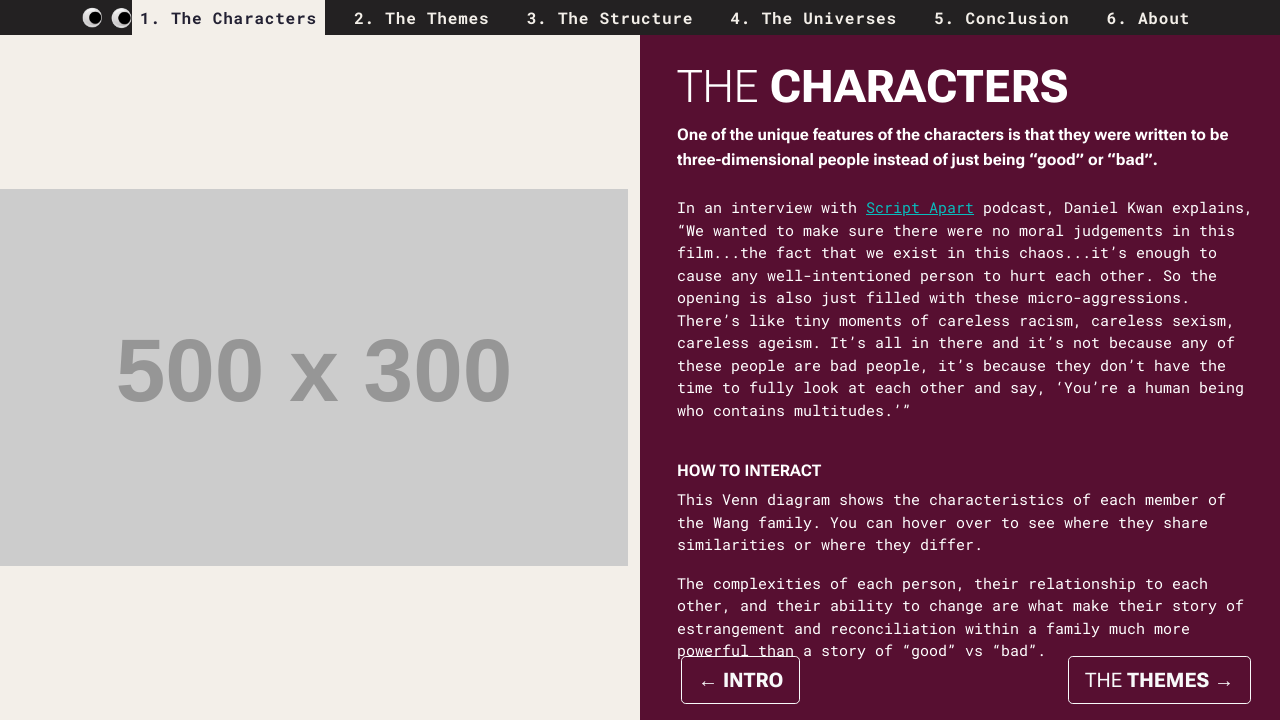
Repository: angelica-hom/msdv-thesis
Page: characters.html
The author's editor kept a record of every edit. The page is drawn from the files as they stood at one moment, then again after the next edit.
The browser window is 1280 px wide. The pictures show the whole page.

Above is the page before.

After the next edit:
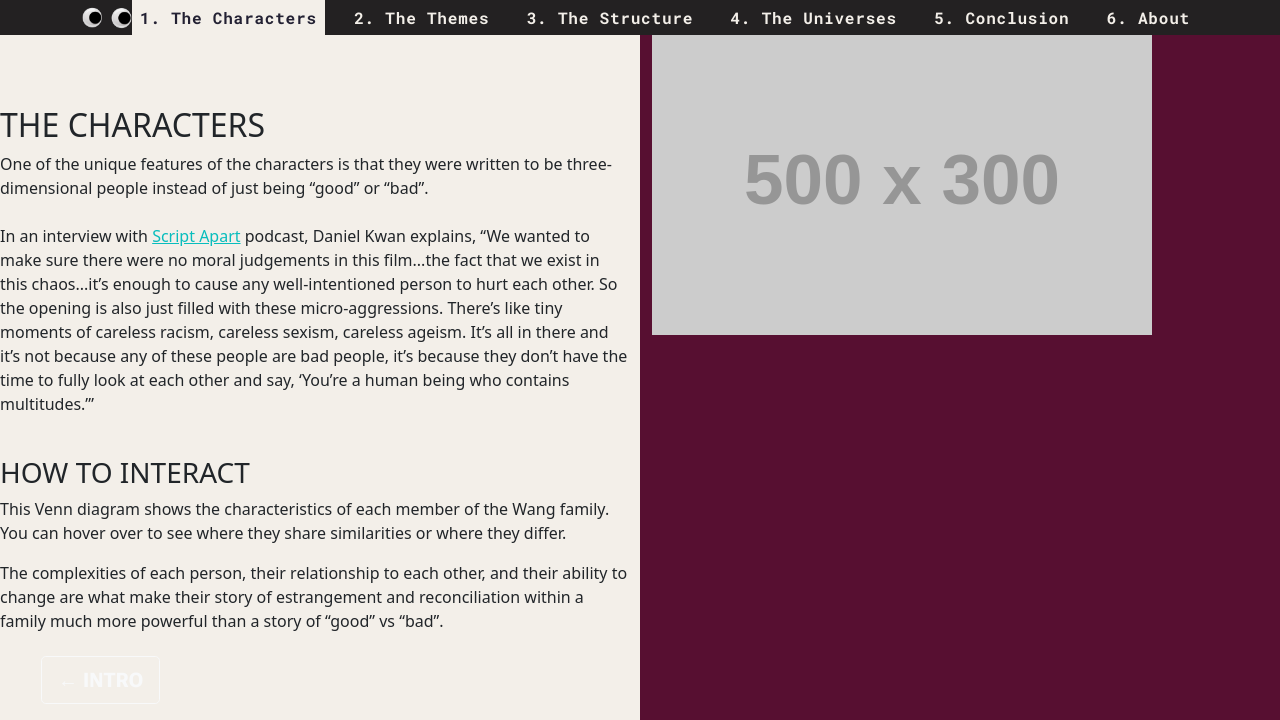
The edit:
--- a/characters.html
+++ b/characters.html
@@ -53,14 +53,6 @@
         <div
           class="col-md-6 d-flex flex-column justify-content-center right-section"
         >
-          <img
-            src="https://via.placeholder.com/500x300"
-            alt="Static image"
-            class="img-fluid"
-          />
-        </div>
-
-        <div class="col-md-6 left-section">
           <div id="content">
             <h2>THE <span class="bold">CHARACTERS</span></h2>
             <span class="subheading"
@@ -111,6 +103,14 @@
             </div>
           </div>
         </div>
+
+        <div class="col-md-6 left-section">
+          <img
+            src="https://via.placeholder.com/500x300"
+            alt="Static image"
+            class="img-fluid"
+          />
+        </div>
       </div>
     </div>
 
